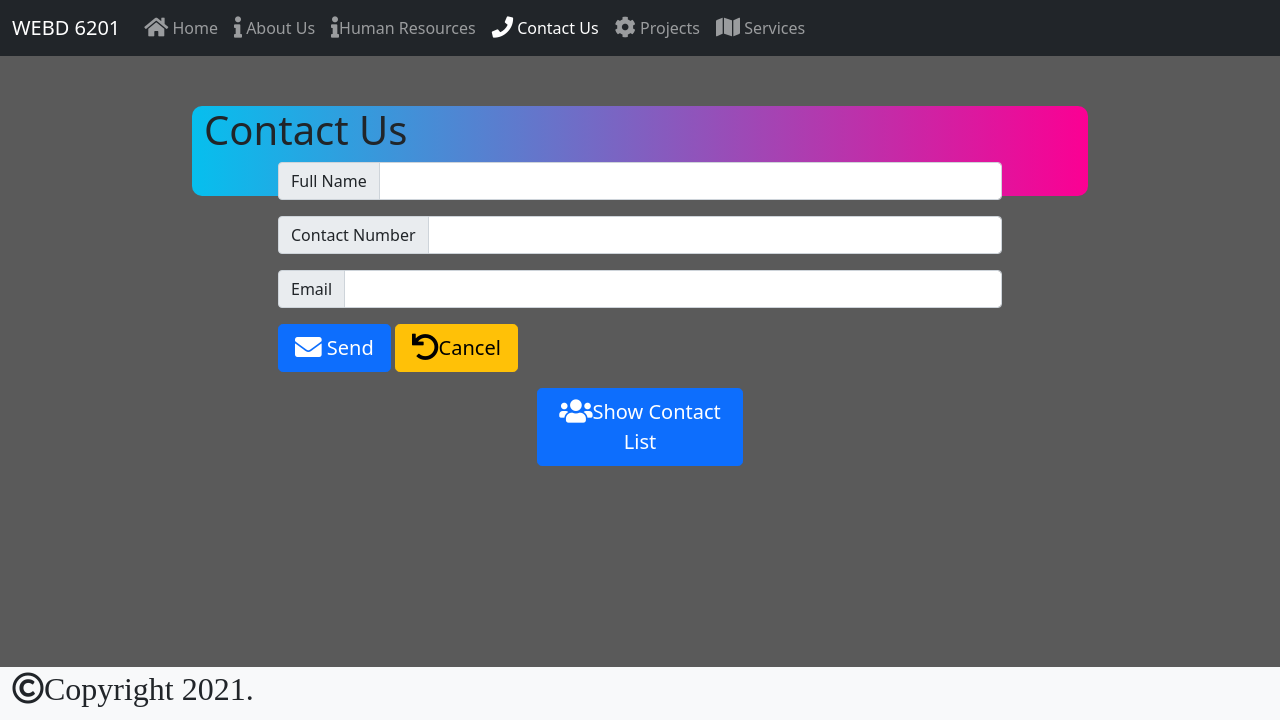
Repository: vans12345678/WEBD6201-W2021-Week3
Page: contact.html
An editor plug-in stored every save of this project. The page is shown before and after a run of saves, followed by the edit.
The browser window is 1280 px wide. The pictures show the whole page.

Above is the page before, as saved 2021-01-28 20:08:14.

### contact.html
<!DOCTYPE html>
<html lang="en">
<head>
    <meta charset="UTF-8">
    <meta name="viewport" content="width=device-width, initial-scale=1.0">
    <title>Contact Us</title>

    <!-- CSS Section -->
    <link rel="stylesheet" href="./node_modules/bootstrap/dist/css/bootstrap.min.css">
    <link rel="stylesheet" href="./node_modules/@fortawesome/fontawesome-free/css/all.min.css">
    <link rel="stylesheet" href="./Content/app.css">
</head>
<body>
  <!-- Main Header -->
    <header>
      <!-- Main Navigation -->
        <nav class="navbar navbar-expand-lg navbar-dark bg-dark">
            <div class="container-fluid">
              <a class="navbar-brand" href="index.html">WEBD 6201</a>
              <button class="navbar-toggler" type="button" data-bs-toggle="collapse" data-bs-target="#navbarSupportedContent" aria-controls="navbarSupportedContent" aria-expanded="false" aria-label="Toggle navigation">
                <span class="navbar-toggler-icon"></span>
              </button>
              <div class="collapse navbar-collapse" id="navbarSupportedContent">
                <ul class="navbar-nav me-auto mb-2 mb-lg-0">
                  <li class="nav-item">
                    <a class="nav-link " aria-current="page" href="index.html"><i class="fas fa-home fa-lg"></i> Home</a>
                  </li>

                  <li class="nav-item">
                    <a class="nav-link" aria-current="page" href="about.html"><i class="fas fa-info fa-lg"></i> About Us</a>
                  </li>
                  <li class="nav-item">
                    <a class="nav-link" aria-current="page" href="human-resources.html"><i class="fas fa-info fa-lg"></i>Human Resources</a>
                  </li>
                  <li class="nav-item">
                    <a class="nav-link active" aria-current="page" href="contact.html"><i class="fas fa-phone fa-lg"></i> Contact Us</a>
                  </li>
                  <li class="nav-item">
                    <a class="nav-link" aria-current="page" href="projects.html"><i class="fas fa-cog fa-lg"></i> Projects</a>
                  </li>

                  <li class="nav-item">
                    <a class="nav-link" aria-current="page" href="services.html"><i class="fas fa-map fa-lg"></i> Services</a>
                  </li>
                </ul>
              </div>
            </div>
          </nav>
    </header>
  <!-- Main Contents -->
    <main class="container">
        <h1>Contact Us</h1>

        <div class="contactForm" id="messageArea"></div>
        <div class = "row justify-content-lg-center g-3">
          <form class = "col-col-lg-6 col-md-10 col-sm-10">
            <div class="input-group mb-3">
              <span class="input-group-text" id="inputGroup-sizing-default">Full Name</span>
              <input id = "fullName" type="text" class="form-control" aria-label="Full Name" aria-describedby="Full Name Input"
              name = "fullName" required>
            </div>
            <div class="input-group mb-3">
              <span class="input-group-text" id="inputGroup-sizing-default">Contact Number</span>
              <input id = "contactNumber" type="tel" class="form-control" aria-label="Contact Number" aria-describedby="Contact Number Input"
              name = "contactNumber" required>
            </div>
            <div class="input-group mb-3">
              <span class="input-group-text" id="inputGroup-sizing-default">Email</span>
              <input id = "emailAddress" type="email" class="form-control" aria-label="Email Address" aria-describedby="Email Address Input"
              name = "emailAddress" required>
            </div>

          <button id = "sendButton" type="submit" class="btn btn-primary btn-lg"><i class="fas fa-envelope fa-lg"></i> Send</button>
          <button id = "cancelButton" type="reset" class="btn btn-warning btn-lg"><i class="fas fa-undo fa-lg"></i>Cancel</button>
        </form>

        <div class="col-lg-3 col-md-3">
          <a href="contact-list.html" class="btn btn-primary btn-lg"><i class="fas fa-users fa-lg"></i>Show Contact List</a>
        </div>
        </div>


    </main>
    <!-- Main Footer -->
    <footer>
        <nav class="navbar fixed-bottom navbar-light bg-light">
            <div class="container-fluid">
                <h4><i class="far fa-copyright fa-lg">Copyright 2021.</i></h4>
            </div>
          </nav>
    </footer>
    <!-- Script Section -->
    <script src="./node_modules/jquery/dist/jquery.min.js"></script>
    <script src="./node_modules/bootstrap/dist/js/bootstrap.bundle.min.js"></script>
    <script src="./Scripts/contact.js"></script>
    <script src="./Scripts/app.js"></script>

</body>
</html>

### Content/app.css
/* custom css goes here */
.Vapor {
    background-image: url('../images/vapor.jpg');
    background-repeat: no-repeat;
    background-attachment: fixed;
    background-size: 100% 100%;
  }
  body
  {
    background-color: rgb(90, 90, 90);
  }
  .container{

    border-radius: 10px;
    width: 70%;
    height: 90px;
    margin: 50px auto;
    background: linear-gradient(90deg,#06bfee,#fb0093)
  }
  .contactForm{
    width: 50%;
    margin:  auto;
  }

### Scripts/contact.js
"use strict";
class Contact {
    //Getters and setters
    get FullName() {
        return this.m_fullName;
    }
    set FullName(value) {
        this.m_fullName = value;
    }
    get ContactNumber() {
        return this.m_contactNumber;
    }
    set ContactNumber(value) {
        this.m_contactNumber = value;
    }
    get EmailAddress() {
        return this.m_emailAddress;
    }
    set EmailAddress(value) {
        this.m_emailAddress = value;
    }
    /**
     *
     * @param {string} fullName
     * @param {string} contactNumber
     * @param {string} emailAddress
     */
    constructor(fullName = "", contactNumber = "", emailAddress = "") {
        this.FullName = fullName;
        this.ContactNumber = contactNumber;
        this.EmailAddress = emailAddress;
    }

    /**
     *This method overrides the built-in toString() method for Contact class
     *
     * @return {*}
     * @memberof Contact
     */
    toString()
    {
        return `Full Name       : ${this.FullName} \nContactNumber       : ${this.ContactNumber}
        \nEmailAddress       :${this.EmailAddress}`;
    }
    /**
     *This method returns a JSON object made up of the properties of the Contact class
     *
     * @return {Object}
     * @memberof Contact
     */
    toJSON()
    {
        return{
            "fullName": this.FirstName,
            "contactNumber": this.ContactNumber,
            "emailAddress": this.EmailAddress
        }
    }
    /**
     *
     *This method returns the Contact into a comma-separated value string
     * @return {string}
     * @memberof Contact
     */
    serialize()
    {
        if(this.FullName !== "" && this.ContactNumber !== "" && this.EmailAddress !== "")
        {
            return `${this.FullName}, ${this.ContactNumber}, ${this.EmailAddress}`;
        }
        else
        {
            console.error("One or more properties of the Contact is empty");
            return null;
        }
    }
    /**
     *This method takes a comma-separated data string assigns values to the Contact class properties
     *
     * @param {string} data
     * @returns {void}
     * @memberof Contact
     */
    deserialize(data)
    {
        let propertyArray = data.split(",");

        this.FullName = propertyArray[0];
        this.ContactNumber = propertyArray[1];
        this.EmailAddress = propertyArray[2];

    }
}

### Scripts/app.js
/* Custom JavaScript goes here */

//IIFE - Immediately Invoked Function Expression
//AKA - Anonymous Self-Executing Function
//Closure - limits scope leak

"use strict";


(function(){

    function displayHome()
    {

        let introText = "This is a simple site to demonstrate the specified requirements for Lab 1 WEBD 6201 - Client Side Scripting";
        let introTextElement = document.getElementById("introParagraph");

        introTextElement.textContent = introText;
        introTextElement.className = "fs-5 fw-bold text-center";

        mainContent.innerHTML =
        `<h1 id = "firstHeading">Welcome to WEBD6201 - Lab 1</h1>
        <p id = "paragraphOne" class = "fs-3 fw-bold">This is my first paragraph</p>
        `;

    }
    function displayAbout()
    {

    }
    function displayProjects()
    {

    }
    function displayServices()
    {

    }
    function displayContact()
    {

        let messageArea = document.getElementById("messageArea");
        messageArea.hidden = true;

        //form validation
        let fullName = document.getElementById("fullName");
        fullName.addEventListener("blur", function()
        {
            if(fullName.value.length < 2)
            {
                fullName.focus();
                fullName.select();
                messageArea.hidden = false;
                messageArea.className = "alert alert-danger";
                messageArea.textContent = "Please enter an appropriate name > 2 characters";
            }
            else
            {
                messageArea.removeAttribute("class");
                messageArea.hidden = true;
            }
        });
            let sendButton = document.getElementById("sendButton");
            sendButton.addEventListener("click", function(event)
            {
                //event.preventDefault();
                // //Displays twice?

                let contact = new Contact(fullName.value,contactNumber.value, emailAddress.value);

                //console.log(contact.serialize());
                if(contact.serialize())
                {
                    localStorage.setItem((localStorage.length + 1).toString(),contact.serialize());
                }
            });
    }
    function displayContactList()
    {
        if(localStorage.length > 0)
        {
            let contactList = document.getElementById("contactList");
            let data = "";

            for (let index = 0; index < localStorage.length; index++)
            {
                let contactData = localStorage.getItem((index + 1).toString());
                let contact = new Contact();

                contact.deserialize(contactData);

                data += `<tr>
                <th scope="row">${index + 1}</th>
                <td>${contact.FullName}</td>
                <td>${contact.ContactNumber}</td>
                <td>${contact.EmailAddress}</td>
              </tr>`;
            }
            contactList.innerHTML = data;
        }

    }

    function Start()
    {
        console.log("App Started...");

        switch(document.title)
        {
            case "Index":
                displayHome();
                break;
            case "About":
                displayAbout();
                break;
            case "Projects":
                displayProjects();
                break;
            case "Services":
                displayServices();
                break;
            case "Contact Us":
                displayContact();
                break;
            case "Contact-List":
                displayContactList();
                break;
        }


    }

    window.addEventListener("load", Start);

})();

Loaded but not shown: node_modules/bootstrap/dist/css/bootstrap.min.css (library); node_modules/@fortawesome/fontawesome-free/css/all.min.css (library); node_modules/jquery/dist/jquery.min.js (library); node_modules/bootstrap/dist/js/bootstrap.bundle.min.js (library)

After the next 3 saves:
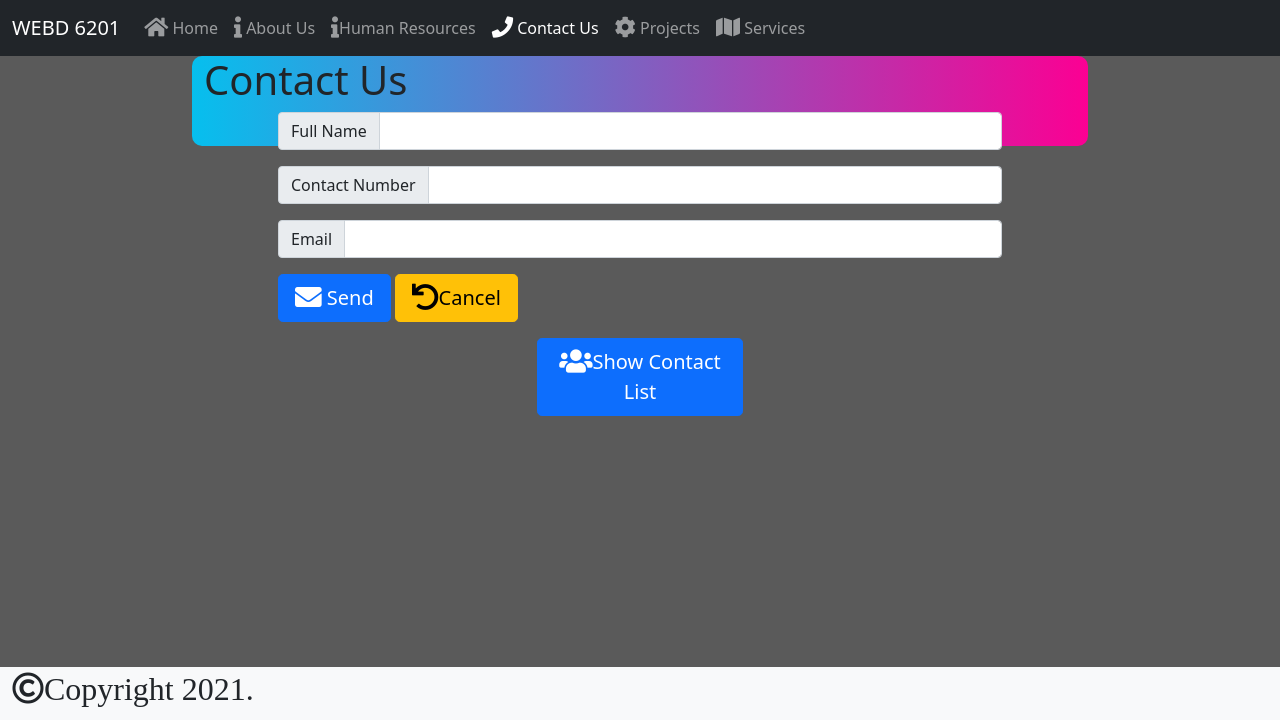
The 3 saves are shown as one change because they came seconds apart.
The last was saved 12 s later.
--- a/Content/app.css
+++ b/Content/app.css
@@ -14,7 +14,7 @@
     border-radius: 10px;
     width: 70%;
     height: 90px;
-    margin: 50px auto;
+    margin: 0px auto;
     background: linear-gradient(90deg,#06bfee,#fb0093)
   }
   .contactForm{
